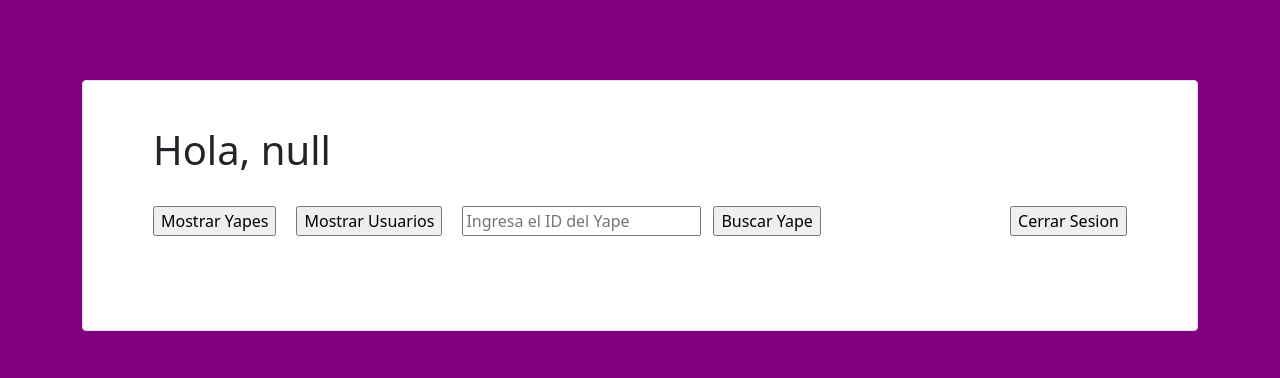
Repository: Gimblet/LP1_Proyecto_Yape
Page: http://localhost/Yape/adminDashboard.jsp
These files come from the project's save history. The page is drawn as it stood at one moment and after the next save; the edit follows.
The browser window is 1280 px wide. The pictures show the whole page.
The page is served by Tomcat 9. Other server files are loaded and not shown. Queries for data that is not in the repository find no rows.

Above is the page before, as saved 2024-05-03 20:23:15.

### Yape/src/main/webapp/adminDashboard.jsp
<%@page import="gestion.Metodos"%>
<%@ page import="java.util.List"%>
<%@ page import="data.Yapes"%>
<%@ page import="data.Logins"%>
<%@ page language="java" contentType="text/html; charset=ISO-8859-1"
	pageEncoding="ISO-8859-1"%>
<%
List<Yapes> yapeList = (List<Yapes>) request.getAttribute("ListaYapes");
List<Logins> userList = (List<Logins>) request.getAttribute("ListaUsuarios");
Metodos metodo = new Metodos();
%>
<!DOCTYPE html>
<html>

<head>
<meta charset="ISO-8859-1">
<link
	href="https://cdn.jsdelivr.net/npm/bootstrap@5.1.3/dist/css/bootstrap.min.css"
	rel="stylesheet">
<title>Admin Dashboard</title>

<style>
body {
	background-color: purple;
}

main {
	background-color: white;
	margin: auto;
	margin-top: 80px;
}

.buscarContainer {
	display: flex;
	gap: 12px;
}

form {
	display: flex;
	gap: 20px;
}

#buscar {
	margin-left: auto;
}

input:hover {
	cursor: pointer;
}

section{
	padding: 45px 70px 70px 70px;
}
</style>
</head>

<body>
	<div class="container">
		<main class="border rounded">
			<section>
				<h1>
					Hola,
					<%=metodo.obtenerNombre()%></h1>
				<br>
				<div>
					<form action="Servlet" method="post">
						<input type="submit" value="Mostrar Yapes" name="type"> <input
							type="submit" value="Mostrar Usuarios" name="type">
						<div class="buscarContainer">
							<input type="text" name="txtBuscar"
								<%String IDStatus = "Ingresa el ID del Yape";
if (request.getAttribute("IDInvalido") != null) {
	IDStatus = (String) request.getAttribute("IDInvalido");
}%>
								placeholder="<%=IDStatus%>"> <input type="submit"
								value="Buscar Yape" name="type">
						</div>
						<input id="buscar" type="submit" value="Cerrar Sesion" name="type">
					</form>
					<br>
				</div>

				<!-- Tabla de Yapes -->

				<%
				if (yapeList != null) {
				%>
				<table class="table">
					<thead>
						<tr>
							<th>IdYape</th>
							<th>Numero que lo realiza</th>
							<th>Numero que lo recibe</th>
							<th>Monto</th>
							<th>Fecha</th>
							<th>Hora</th>
							<th>Estado</th>
							<th>Acciones</th>
						</tr>
					</thead>
					<tbody>
						<%
						for (Yapes item : yapeList) {
						%>
						<tr>
							<td id="idYapeLista"><%=item.getIdYape()%></td>
							<td><%=item.getNumeroRealizante()%></td>
							<td><%=item.getNumeroRecibiente()%></td>
							<td><%=item.getMonto()%></td>
							<td><%=item.getFecha()%></td>
							<td><%=item.getHora()%></td>
							<td><%=item.getEstado()%></td>
							<td><a
								href="Servlet?type=Buscar Yape&id=<%=item.getIdYape()%>">Mas
									info</a> <a
								href="Servlet?type=Buscar Yape a Editar&id=<%=item.getIdYape()%>">Editar</a>
								<a
								href="Servlet?type=Eliminar Yape&id=<%=item.getIdYape()%>&numeroRec=<%=item.getNumeroRecibiente()%>&numeroRem=<%=item.getNumeroRealizante()%>&monto=<%=item.getMonto()%>">Eliminar</a>
							</td>
						</tr>
						<%
						}
						%>
					</tbody>
				</table>
				<%
				}
				%>

				<!-- Tabla de Usuarios -->

				<%
				if (userList != null) {
				%>
				<table class="table">
					<thead>
						<tr>
							<th>IdUsuario</th>
							<th>Tipo de Usuario</th>
							<th>Nombres Y Apellidos</th>
							<th>Saldo</th>
							<th>Numero</th>
							<th>Clave</th>
						</tr>
					</thead>
					<tbody>
						<%
						for (Logins item : userList) {
						%>
						<tr>
							<td id="idYapeLista"><%=item.getIdUsuario()%></td>
							<td><%=item.getTipoUsuario()%></td>
							<td><%=item.getNombreApellidos()%></td>
							<td><%=item.getSaldo()%></td>
							<td><%=item.getNumero()%></td>
							<td><%=item.getClave()%></td>
						</tr>
						<%
						}
						%>
					</tbody>
				</table>
				<%
				}
				%>
			</section>
		</main>
	</div>
</body>

</html>

### Yape/src/main/java/interfaces/IntYape.java
package interfaces;

import java.util.List;

import data.ClaseUtilitaria;
import data.Logins;
import data.Yapes;

public interface IntYape {
	Logins Login(int numero, String clave, String tipoUsr);
	List<Yapes> ListarYapes();
	List<Yapes> ListarTodosLosYapes();
	List<Logins> ListarUsuarios();
	int obtenerUsuario();
	String obtenerTipoUsuario();
	void cerrarSesion();
	ClaseUtilitaria validarYape(int numero, double monto);
	boolean validarYapeEditar(int numeroRec, int numeroRem, double monto, double OGmonto);
	void editarYape(int id, int numeroRec, int numeroRem, double monto, double OGmonto);
	void eliminarYape(int id, int numeroRec, int numeroRem, double OGmonto);
	public void eliminarUsuario(int id);
	Logins obtenerInformacionUsuario(int id);
	void editarUsuario(int id, String nombreApe, double saldo, String clave);
	void yapear(int numero, double monto);
	ClaseUtilitaria obtenerInformacionYape(int id);
	public String formatearFecha(String OGFecha);
	public String formatearHora(String OGHora);
}

### Yape/src/main/java/util/MysqlConexion.java
package util;

import java.sql.Connection;
import java.sql.DriverManager;
import java.sql.SQLException;

public class MysqlConexion {
	public static Connection getConexion() {
		Connection con = null;
		try {
			Class.forName("com.mysql.cj.jdbc.Driver").getDeclaredConstructor().newInstance();
			String url = "jdbc:mysql://localhost:3306/dbYape";
			String usr = "root";
			String psw = "mysql";
			con = DriverManager.getConnection(url, usr, psw);
		} catch(ClassNotFoundException e) {
			System.out.println("Error con el Driver de Base de Datos" + e.getMessage());
		} catch(SQLException e){
			System.out.println("Error con la base de datos" + e.getMessage());
		} catch(Exception e) {
			System.out.println("Error General" + e.getMessage());
		}
		return con;
	}

	public static void closeConnection(Connection con) {
		try {
			con.close();
		} catch(SQLException e) {
			System.out.println("Problemas al cerrar la conexion");
			e.printStackTrace();
		}
	}
}

Loaded but not shown: Yape/src/main/java/gestion/Metodos.java (896 lines, source omitted)

After the next save:
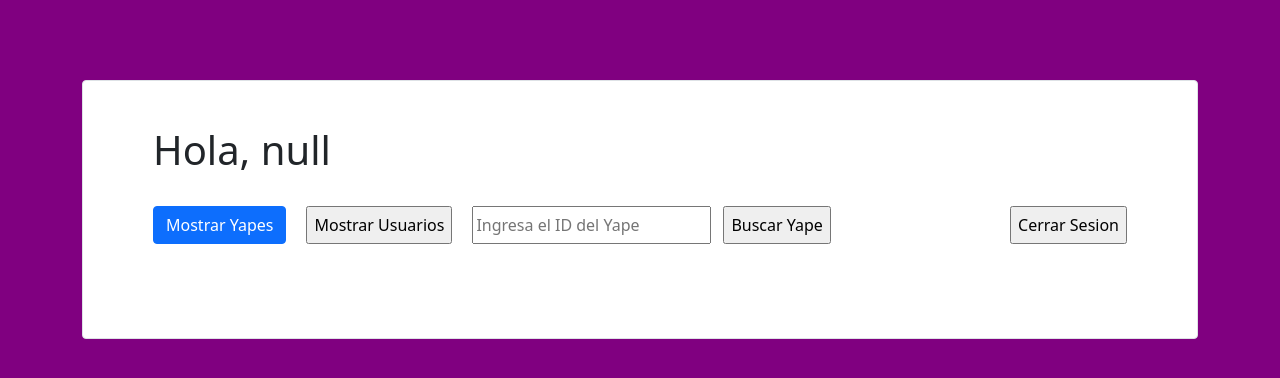
Saved 54 s later.
--- a/Yape/src/main/webapp/adminDashboard.jsp
+++ b/Yape/src/main/webapp/adminDashboard.jsp
@@ -64,7 +64,7 @@
 				<br>
 				<div>
 					<form action="Servlet" method="post">
-						<input type="submit" value="Mostrar Yapes" name="type"> <input
+						<input class="btn btn-primary" type="submit" value="Mostrar Yapes" name="type"> <input
 							type="submit" value="Mostrar Usuarios" name="type">
 						<div class="buscarContainer">
 							<input type="text" name="txtBuscar"

After the save that followed:
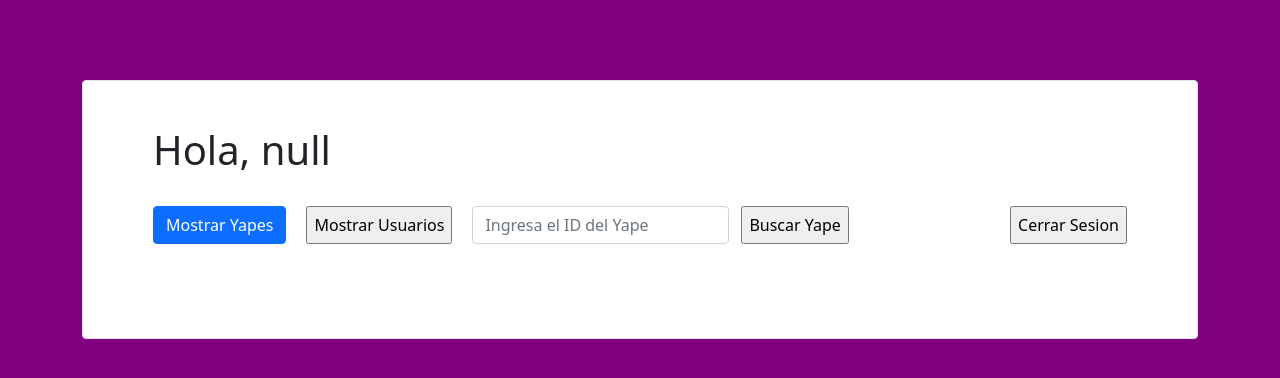
Saved 20 s later.
--- a/Yape/src/main/webapp/adminDashboard.jsp
+++ b/Yape/src/main/webapp/adminDashboard.jsp
@@ -67,7 +67,7 @@
 						<input class="btn btn-primary" type="submit" value="Mostrar Yapes" name="type"> <input
 							type="submit" value="Mostrar Usuarios" name="type">
 						<div class="buscarContainer">
-							<input type="text" name="txtBuscar"
+							<input class="form form-control" type="text" name="txtBuscar"
 								<%String IDStatus = "Ingresa el ID del Yape";
 if (request.getAttribute("IDInvalido") != null) {
 	IDStatus = (String) request.getAttribute("IDInvalido");
